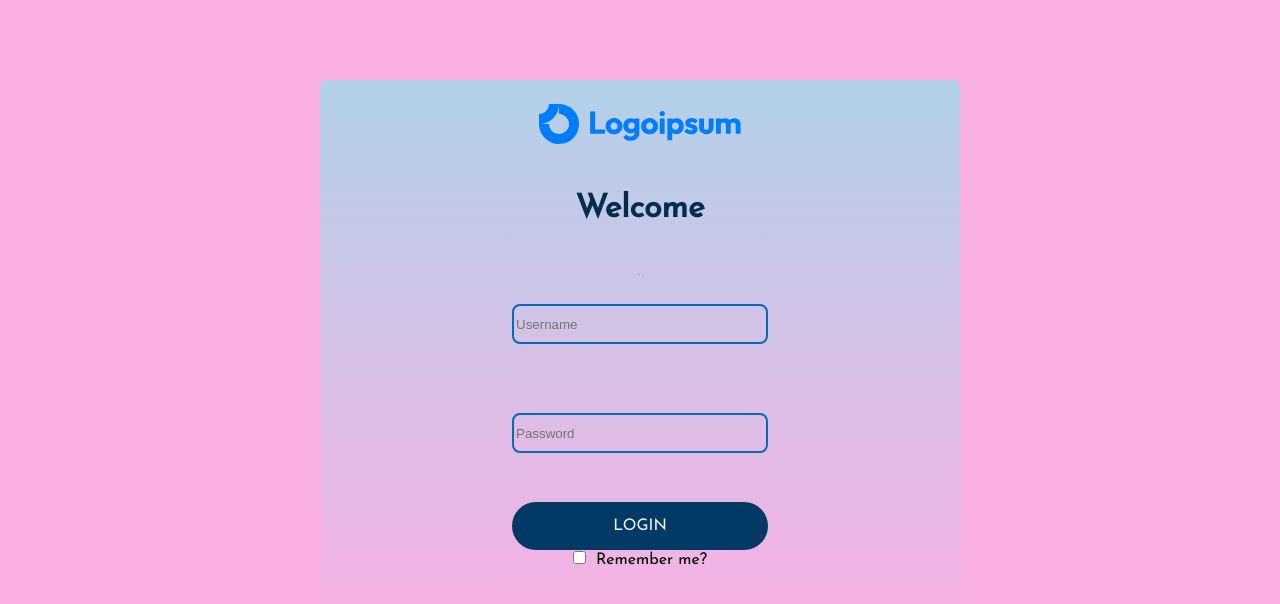
Repository: Tahaa2t/Researchers
Page: /
An editor plug-in stored every save of this project. The page is shown before and after the next save, followed by the edit.
The browser window is 1280 px wide. The pictures show the whole page.
The project was rebuilt for these pictures with package versions that can differ from the ones it lists, and the page was loaded fresh each time.

Above is the page before, as saved 2023-06-22 19:05:12.

After the next save:
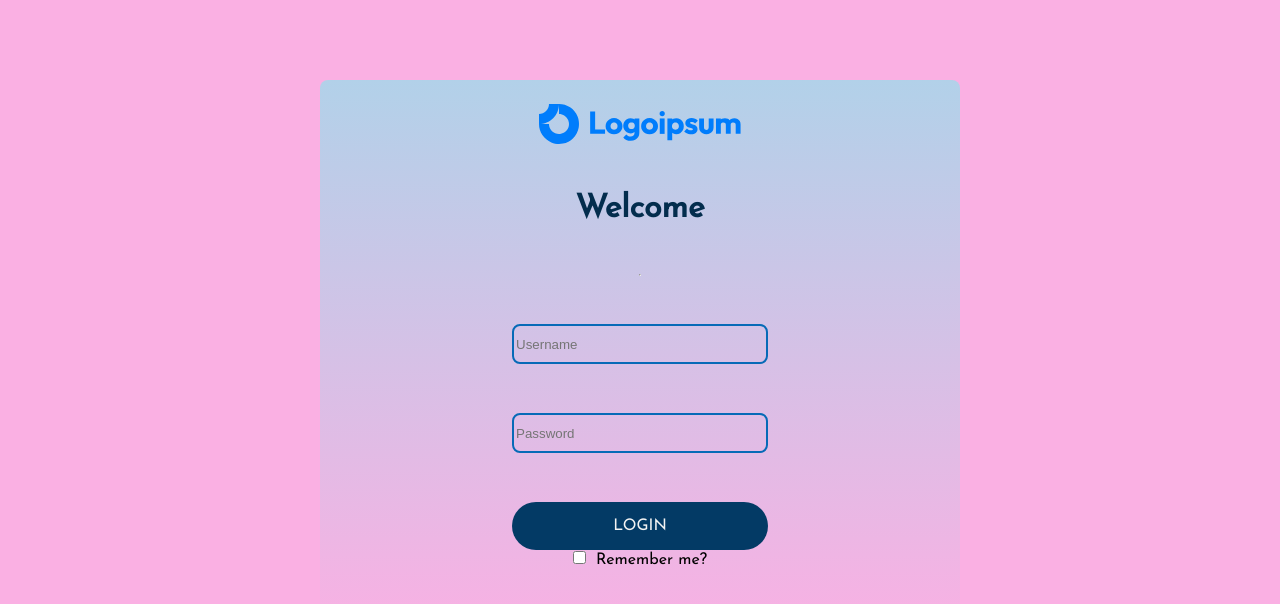
Saved 16 s later.
--- a/src/Components/css/loginstyle.css
+++ b/src/Components/css/loginstyle.css
@@ -64,8 +64,7 @@ input[type=text]{
   height: 3em;
   width: 40%;
   position: relative;
-  bottom: -1.5em;
-  top: -1.5em;
+  /* bottom: -1.5em; */
 }
 
 
